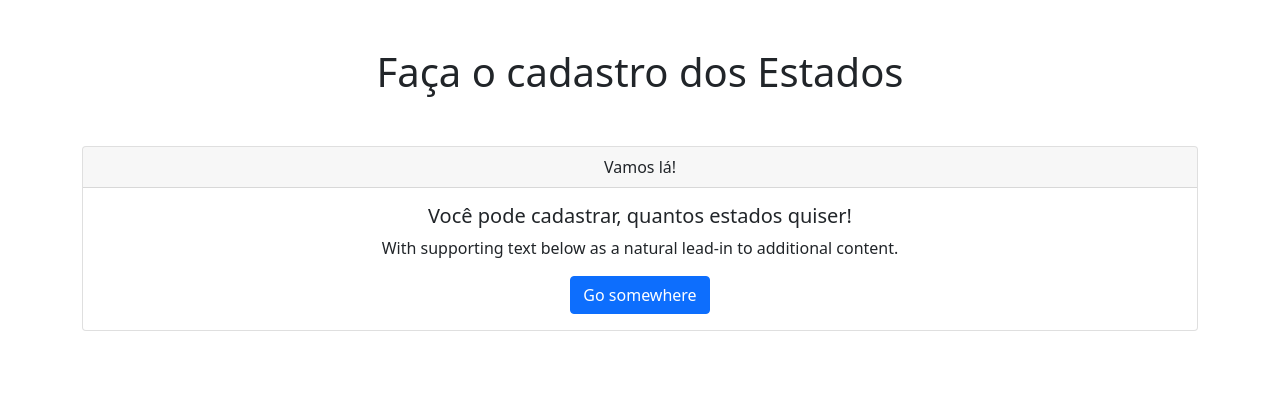
Repository: danielandradedasilva/ProjetoWebJava
Page: http://localhost/projetoweb/
These files come from the project's save history. The page is drawn as it stood at one moment and after the next save; the edit follows.
The browser window is 1280 px wide. The pictures show the whole page.
The page is served by Tomcat 9. Other server files are loaded and not shown.

Above is the page before, as saved 2021-05-10 01:54:57.

### projetoweb/src/main/webapp/index.jsp
<%@taglib prefix="c" uri="http://java.sun.com/jsp/jstl/core"%>
<%@taglib prefix="fmt" uri="http://java.sun.com/jsp/jstl/fmt"%>
<%@taglib uri="http://www.springframework.org/tags/form" prefix="form"%>


<%@ page language="java" contentType="text/html; charset=ISO-8859-1"
    pageEncoding="ISO-8859-1"%>
<!DOCTYPE html>
<html>
<head>
<meta charset="ISO-8859-1">
<title>Projeto Web</title>
<link href="https://cdn.jsdelivr.net/npm/bootstrap@5.0.0/dist/css/bootstrap.min.css" rel="stylesheet" integrity="sha384-wEmeIV1mKuiNpC+IOBjI7aAzPcEZeedi5yW5f2yOq55WWLwNGmvvx4Um1vskeMj0" crossorigin="anonymous">
<style type="text/css">
	.card{
		margin-top: 50px;
	}
</style>
</head>
<body>

	<div class="container">
		<h1 align="center" class="mt-5 mb-5">Faça o cadastro dos Estados</h1>

		<div class="card text-center">
			<div class="card-header">
			   Vamos lá!
			</div>
		 <div class="card-body">
		    <h5 class="card-title"> Você pode cadastrar, quantos estados quiser!</h5>
		    <p class="card-text">With supporting text below as a natural lead-in to additional content.</p>
		    <a href="#" class="btn btn-primary">Go somewhere</a>
		 </div>
	</div>

		<div class="row">
			<div class="col"></div>
		</div>

	</div>

</body>
</html>

After the next save:
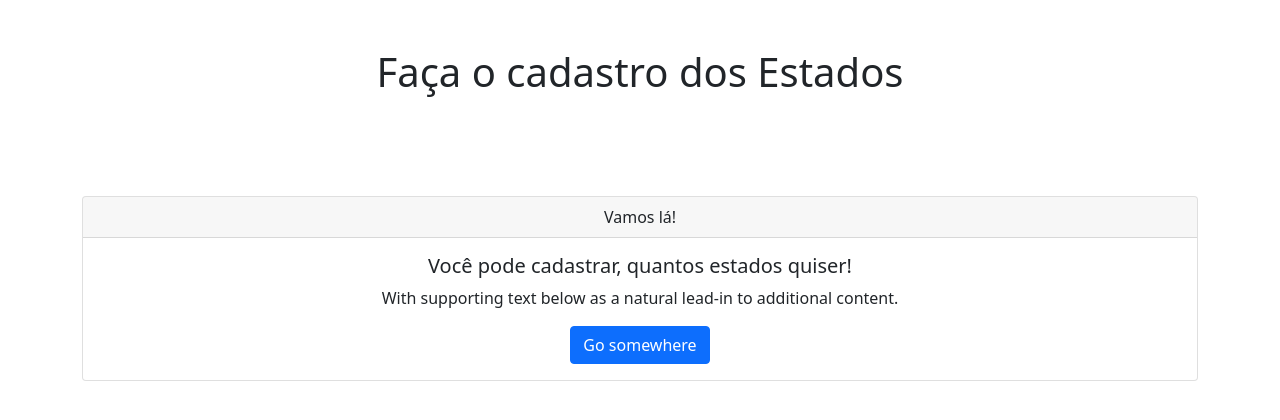
Saved 15 s later.
--- a/projetoweb/src/main/webapp/index.jsp
+++ b/projetoweb/src/main/webapp/index.jsp
@@ -13,7 +13,7 @@
 <link href="https://cdn.jsdelivr.net/npm/bootstrap@5.0.0/dist/css/bootstrap.min.css" rel="stylesheet" integrity="sha384-wEmeIV1mKuiNpC+IOBjI7aAzPcEZeedi5yW5f2yOq55WWLwNGmvvx4Um1vskeMj0" crossorigin="anonymous">
 <style type="text/css">
 	.card{
-		margin-top: 50px;
+		margin-top: 100px;
 	}
 </style>
 </head>
